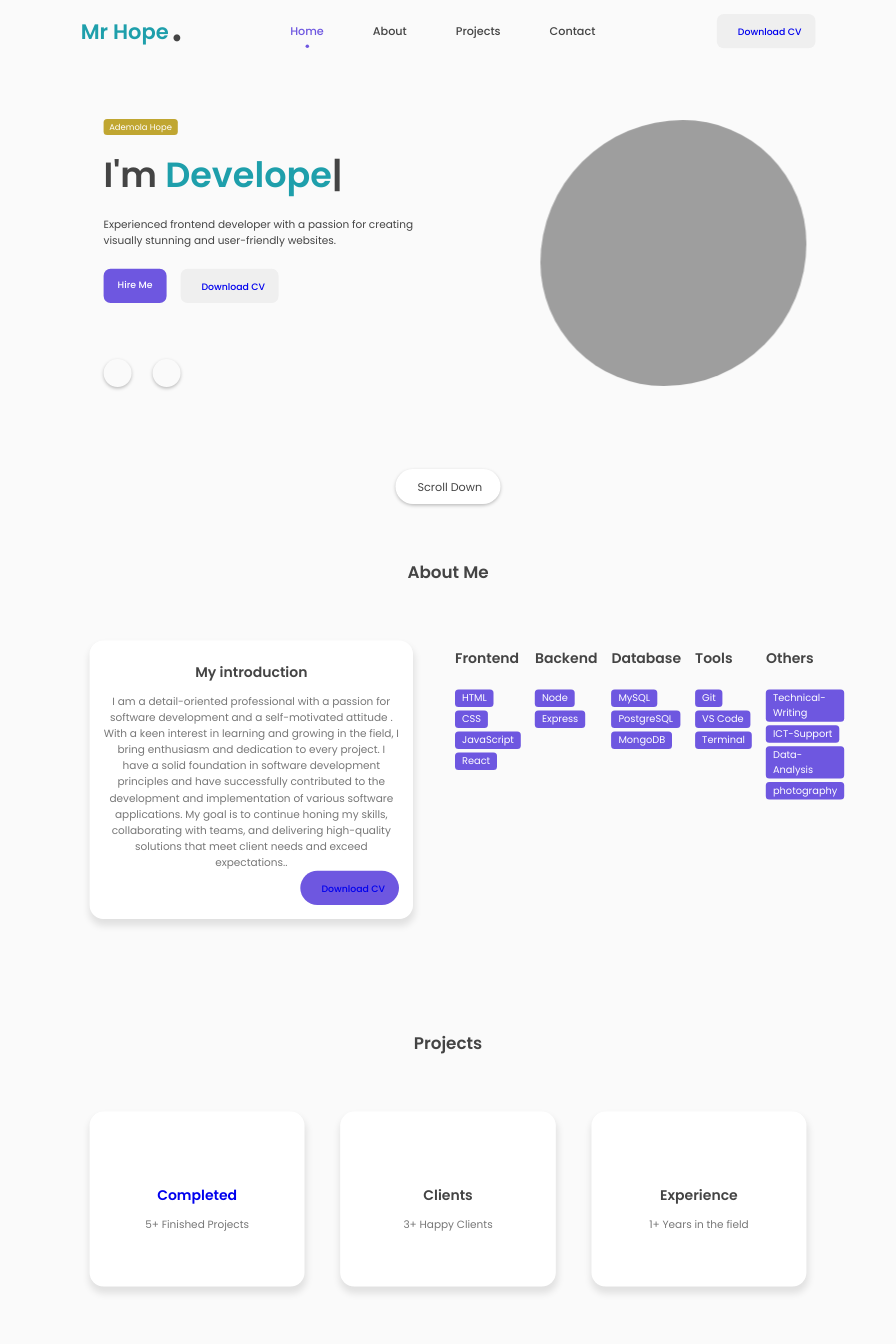
Repository: adehope1/My_Portfoilo
Page: port/index.html
An editor plug-in stored every save of this project. The page is shown before and after the next save, followed by the edit.
The browser window is 1280 px wide. The pictures show the part of the page from y = 0 to 1920 px (the page is 2928 px tall), at 70% of full size.
Pictures or frames that could not be fetched are drawn as grey boxes. Some icons come from a web library that is not loaded, so they are not drawn.

Above is the page before, as saved 2024-09-02 06:58:19.
Not found: port/assets/css/style.css

After the next save:
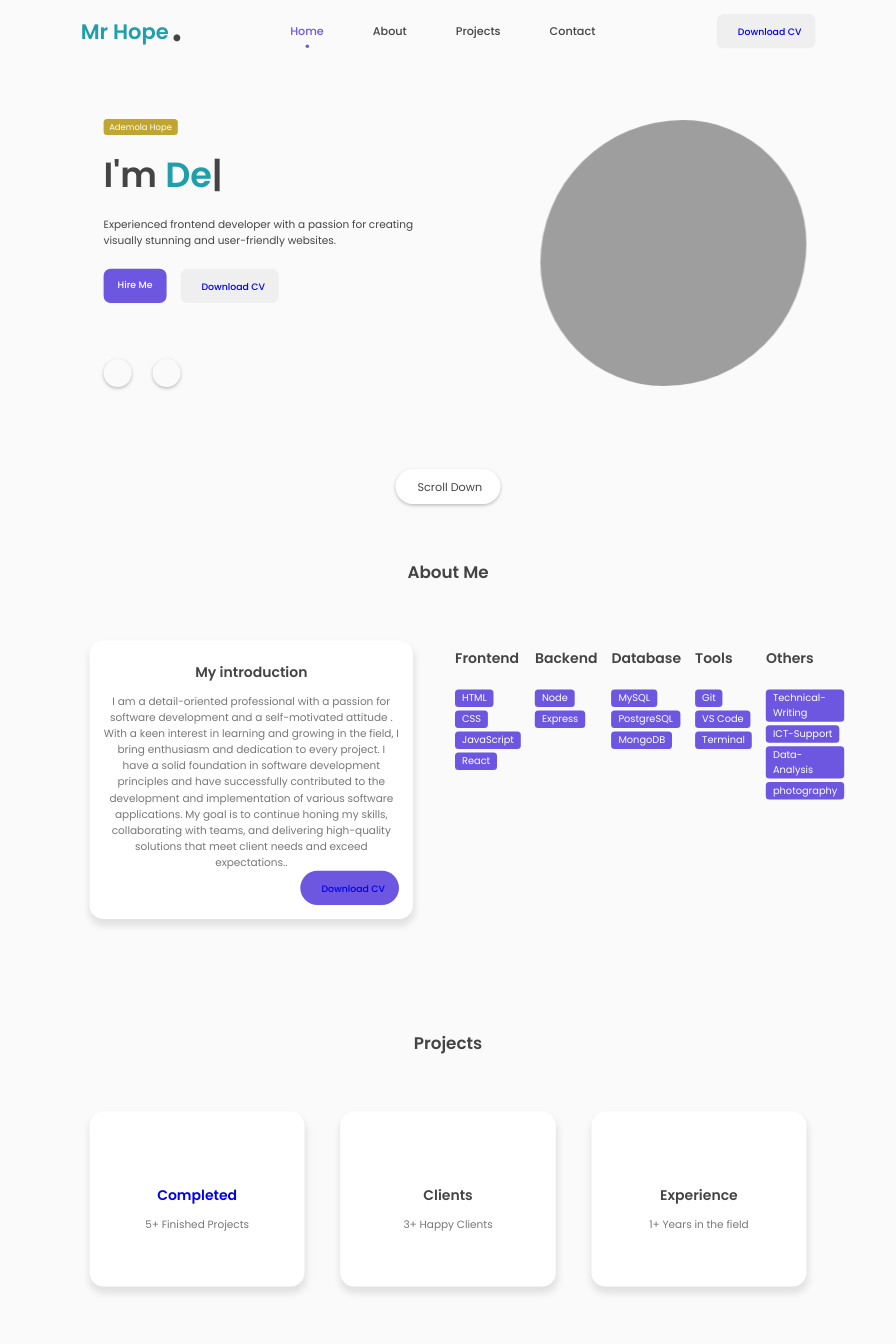
Saved 41 s later.
--- a/port/index.js
+++ b/port/index.js
@@ -36,7 +36,7 @@
     strings : ["Developer"],
     loop : true,
     typeSpeed : 100,
-    backSpeed : 80,
+    backSpeed : 85,
     backDelay : 2000
  })
 

After the 6 saves that followed:
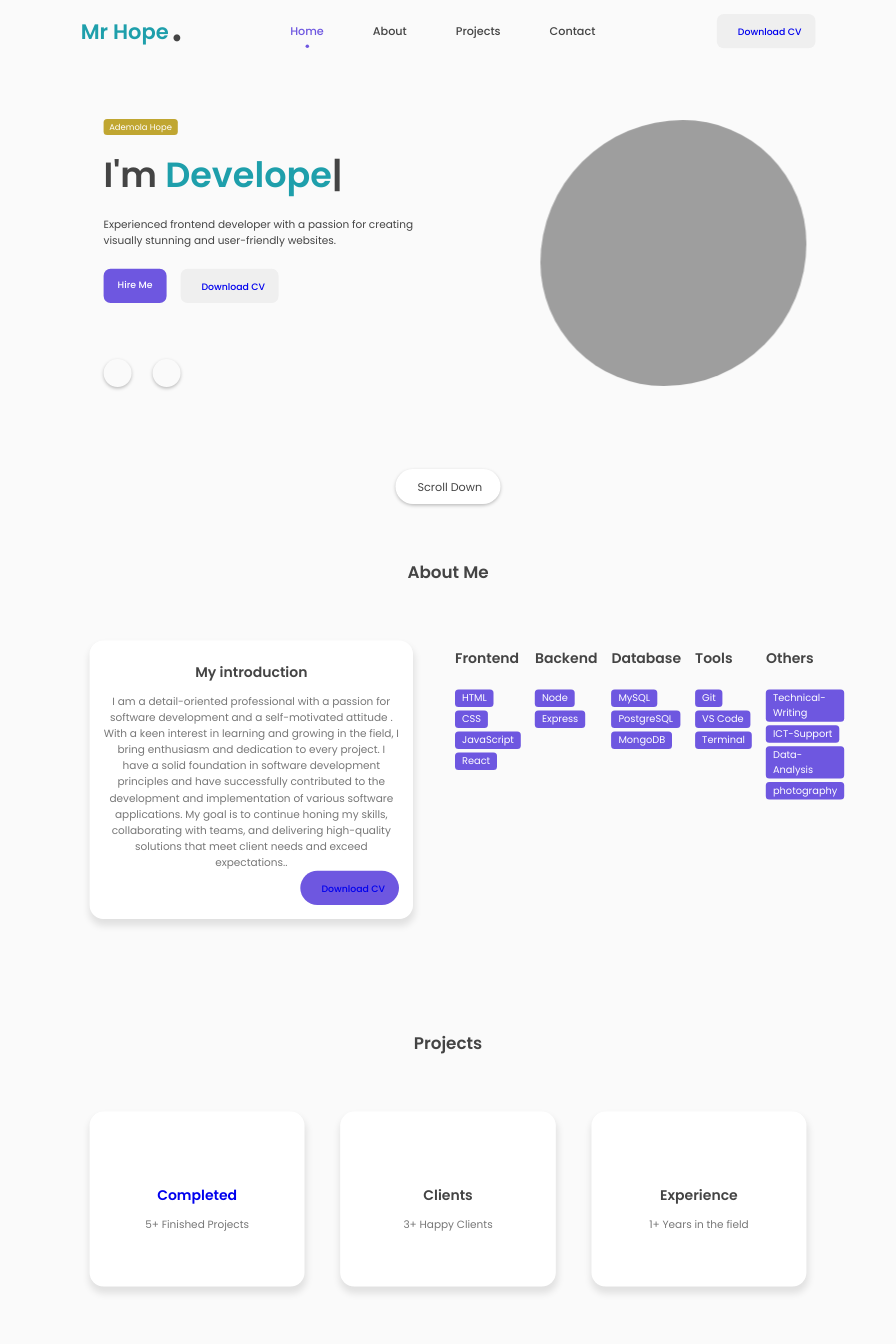
The 6 saves are shown as one change because 2 left the picture as it was and some came seconds apart.
The last was saved 43 s later.
--- a/port/index.js
+++ b/port/index.js
@@ -36,8 +36,8 @@
     strings : ["Developer"],
     loop : true,
     typeSpeed : 100,
-    backSpeed : 85,
-    backDelay : 2000
+    backSpeed : 80,
+    backDelay : 3000
  })
 
 
